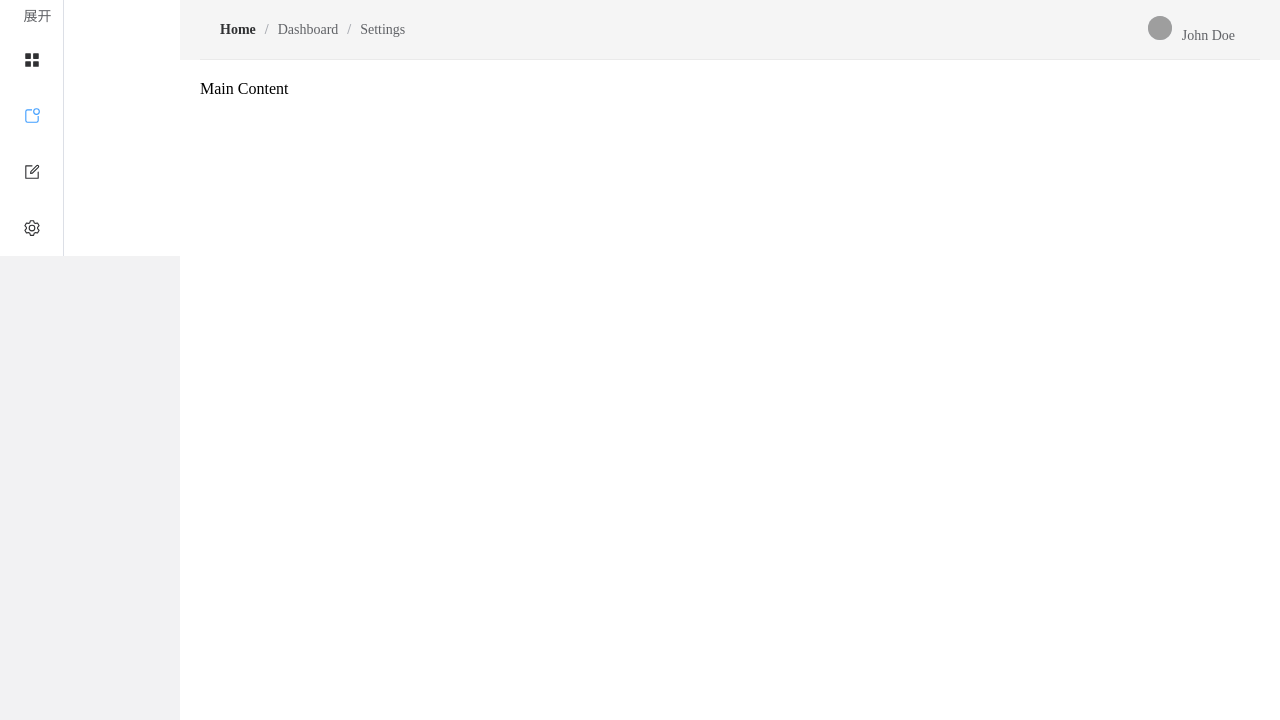
Repository: IsHexx/VerityX
Page: /home (app in front/)
These files come from the project's save history. The page is drawn as it stood at one moment and after the next save; the edit follows.
The browser window is 1280 px wide. The pictures show the whole page.
Pictures or frames that could not be fetched are drawn as grey boxes. The project was rebuilt for these pictures with package versions that can differ from the ones it lists, and the page was loaded fresh each time. Also part of the build but not shown: front/vue.config.js, front/src/components/UserlLogin.vue.

Above is the page before, as saved 2024-10-08 17:08:12.

### front/src/App.vue
<template>
  <router-view></router-view>
</template>

<script>
export default {
  name: 'App',
};
</script>

<style>
*{
 margin:0;
 padding:0
}
</style>

### front/src/router/index.js
import { createRouter, createWebHistory } from 'vue-router';
import UserLogin from '@/components/UserlLogin.vue';
import HomePage from '@/views/HomePage.vue';


const routes = [
  {
    path: '/login',
    name: 'Login',
    component: UserLogin
  },
  {
    path: '/home',  // 新增的导航页面路由
    name: 'Home',
    component: HomePage
  }
];

const router = createRouter({
  history: createWebHistory(),
  routes
});

// 路由守卫，检查登录状态
router.beforeEach((to, from, next) => {
  const token = localStorage.getItem('token');
  if (to.matched.some(record => record.meta.requiresAuth) && !token) {
    next({ name: 'Login' });
  } else {
    next();
  }
});

export default router;

### front/src/store/index.js
import { createStore } from 'vuex';
import { login } from '@/api/auth';

export default createStore({
    state: {
        user: null,
        token: null,
    },
    mutations: {
        SET_USER(state, user) {
            state.user = user;
        },
        SET_TOKEN(state, token) {
            state.token = token;
        },
        LOGOUT(state) {
            state.user = null;
            state.token = null;
        }
    },
    actions: {
        async login({ commit }, credentials) {
            try {
                const response = await login(credentials);
                const { user, token } = response.data;
                commit('SET_USER', user);
                commit('SET_TOKEN', token);
                return true;
            } catch (error) {
                console.error('登录失败:', error);
                return false;
            }
        },
        logout({ commit }) {
            commit('LOGOUT');
        }
    }
});

### front/src/views/HomePage.vue
<template>
    <div class="common-layout">
        <el-container>
            <!-- 侧边栏 -->
            <el-aside width="180px">
                <common-aside></common-aside>
            </el-aside>

            <!-- 右侧内容，Header 和 Main 为上下布局 -->
            <el-container direction="vertical">
                <!-- Header 部分 -->
                <el-header height="60px">
                    <common-header></common-header>
                </el-header>

                <!-- Main 部分 -->
                <el-main>
                    Main Content
                </el-main>
            </el-container>
        </el-container>
    </div>
</template>

<script>
import CommonHeader from "../components/CommonHeader.vue";
import CommonAside from "../components/CommonAside.vue";

export default {
    components: {
        CommonAside,
        CommonHeader,
    }
}
</script>

<style scoped>
.common-layout {
    height: 100vh; /* 设置整体布局占满整个视口高度 */
}

.common-layout > .el-container {
    height: 100%;
}

.common-layout > .el-container > .el-aside {
    background-color: #f2f2f3;
    height: 100%;
}

.common-layout > .el-container > .el-container > .el-header {
    background-color: #f5f5f5;
    padding: 0 20px;
    height: 60px; /* 固定 Header 的高度 */
}

.common-layout > .el-container > .el-container > .el-main {
    padding: 20px;
    background-color: #fff;
    height: calc(100vh - 60px); /* Main 高度等于视口高度减去 Header 的高度 */
}
</style>

### front/src/api/auth.js
import axios from 'axios';

export function login(data) {
    return axios.post('/api/login', data);
}

### front/src/components/CommonHeader.vue
<template>
  <el-header class="header">
    <!-- 面包屑导航 -->
    <el-breadcrumb separator="/">
      <el-breadcrumb-item to="/">Home</el-breadcrumb-item>
      <el-breadcrumb-item>Dashboard</el-breadcrumb-item>
      <el-breadcrumb-item>Settings</el-breadcrumb-item>
    </el-breadcrumb>

    <!-- 用户名 + 下拉菜单 -->
    <div class="user-menu">
      <el-dropdown>
        <span class="el-dropdown-link">
          <el-avatar size="small" :src="userAvatar" class="avatar"></el-avatar>
          <span>{{ username }}</span>
          <i class="el-icon-arrow-down el-icon--right"></i>
        </span>
        <template #dropdown>
          <el-dropdown-menu>
            <el-dropdown-item @click="handleProfile">Profile</el-dropdown-item>
            <el-dropdown-item @click="handleLogout">Logout</el-dropdown-item>
          </el-dropdown-menu>
        </template>
      </el-dropdown>
    </div>
  </el-header>
</template>

<script setup>
import { ref } from 'vue'
import { useRouter } from 'vue-router'

const router = useRouter()

// 假设从 Vuex 或其他状态管理中获取用户名和头像
const username = ref('John Doe')
const userAvatar = ref('https://example.com/avatar.png')

const handleProfile = () => {
  // 跳转到用户资料页面
  router.push('/profile')
}

const handleLogout = () => {
  // 处理登出逻辑，比如清除用户状态并跳转到登录页面
  console.log('User logged out')
  router.push('/login')
}
</script>

<style scoped>
.header {
  display: flex;
  justify-content: space-between;
  align-items: center;
  padding: 0 20px;
  background-color: #f5f5f5;
  border-bottom: 1px solid #eaeaea;
}

.user-menu {
  display: flex;
  align-items: center;
}

.avatar {
  margin-right: 10px;
}
</style>

### front/src/components/CommonAside.vue
<template>
  <div class="aside">
    <el-menu
      default-active="2"
      class="el-menu-vertical-demo"
      :collapse="isCollapse"
      @open="handleOpen"
      @close="handleClose"
    >
      <el-button
        :icon="isCollapse ? 'el-icon-arrow-right' : 'el-icon-arrow-down'"
        @click="toggleCollapse"
        style="width: 55px; border: 0px"
      >
        {{ isCollapse ? "展开" : "折叠" }}
      </el-button>
      <el-sub-menu index="1">
        <template #title>
          <el-icon><House /></el-icon>
          <span>Navigator One</span>
        </template>
        <el-menu-item-group>
          <el-menu-item index="1-1">item one</el-menu-item>
          <el-menu-item index="1-2">item two</el-menu-item>
        </el-menu-item-group>
          <el-menu-item index="1-3">item three</el-menu-item>
          <el-menu-item index="1-3">item four</el-menu-item>
      </el-sub-menu>
      <el-menu-item index="2">
        <el-icon><Notification /></el-icon>
        <template #title>Navigator Two</template>
      </el-menu-item>
      <el-menu-item index="3">
        <el-icon><Edit /></el-icon>
        <template #title>Navigator Three</template>
      </el-menu-item>
      <el-menu-item index="4">
        <el-icon><setting /></el-icon>
        <template #title>Navigator Four</template>
      </el-menu-item>
    </el-menu>
  </div>
</template>

  <script  setup>
import { ref } from "vue";
import {
  Menu as House,
  Edit,
  Notification,
  Setting,
} from "@element-plus/icons-vue";

const isCollapse = ref(true);

const toggleCollapse = () => {
  isCollapse.value = !isCollapse.value;
};
const handleOpen = (key) => {
  console.log(key);
};
const handleClose = (key) => {
  console.log(key);
};
</script>

  <style>
.aside {
  background-color: #ffffff;
}
.el-menu-vertical-demo:not(.el-menu--collapse) {
  width: 100%;
  height: 100%; /* 确保菜单占据整个父容器高度 */
  /*overflow-y: clip; !* 使菜单内容滚动 *!*/
  /* min-height: 400px; */
  background-color: #ffffff;
}
</style>

Loaded but not shown: front/public/index.html (common file); front/src/main.js (common file)

After the next save:
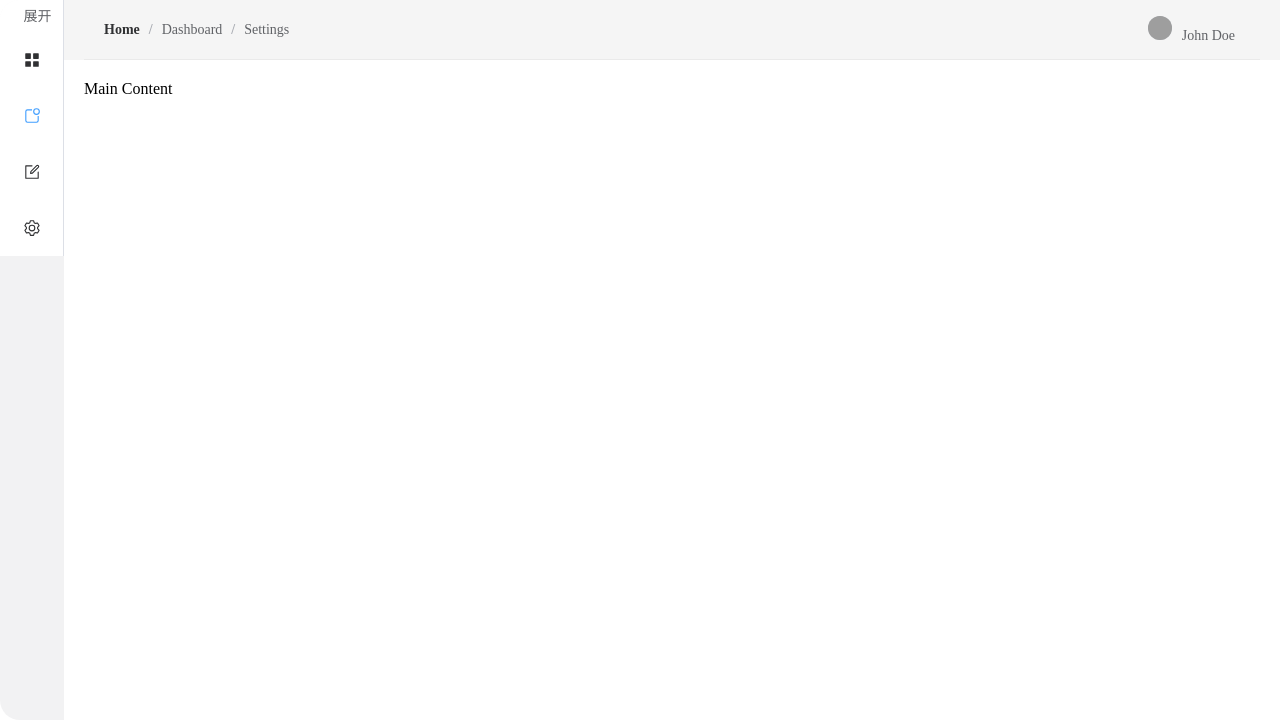
Saved 8 min 43 s later.
--- a/front/src/views/HomePage.vue
+++ b/front/src/views/HomePage.vue
@@ -2,7 +2,7 @@
     <div class="common-layout">
         <el-container>
             <!-- 侧边栏 -->
-            <el-aside width="180px">
+            <el-aside class="fixed-aside">
                 <common-aside></common-aside>
             </el-aside>
 
@@ -39,6 +39,16 @@ export default {
     height: 100vh; /* 设置整体布局占满整个视口高度 */
 }
 
+.fixed-aside {
+  background-color: #ffffff;
+  color: #333;
+  height: calc(100vh);
+  overflow-y: auto;
+  width: auto;
+  max-width: 200px;
+  border-radius: 20px 0px 0px 20px;
+}
+
 .common-layout > .el-container {
     height: 100%;
 }
